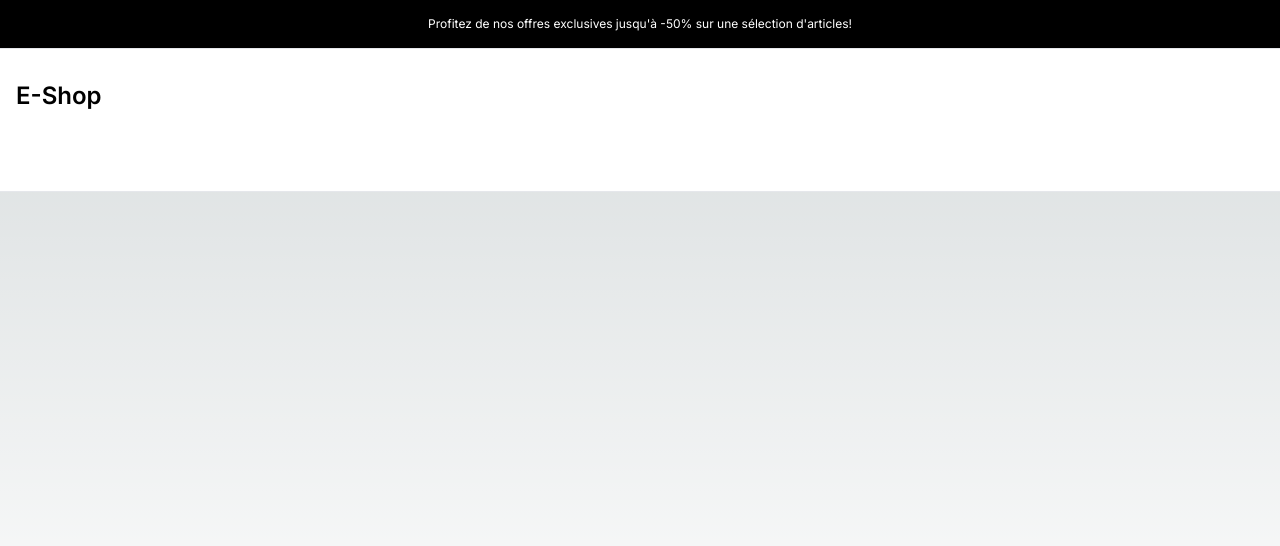
Repository: SDlevelUp/e-shop
Page: /
An editor plug-in stored every save of this project. The page is shown before and after a run of saves, followed by the edit.
The browser window is 1280 px wide. The pictures show the whole page.
The project was rebuilt for these pictures with package versions that can differ from the ones it lists, and the page was loaded fresh each time. The framework's server and built-in components were replaced by stand-ins that run in the browser. Also part of the build but not shown: next.config.js.

Above is the page before, as saved 2023-08-29 09:15:42.

After the next 2 saves:
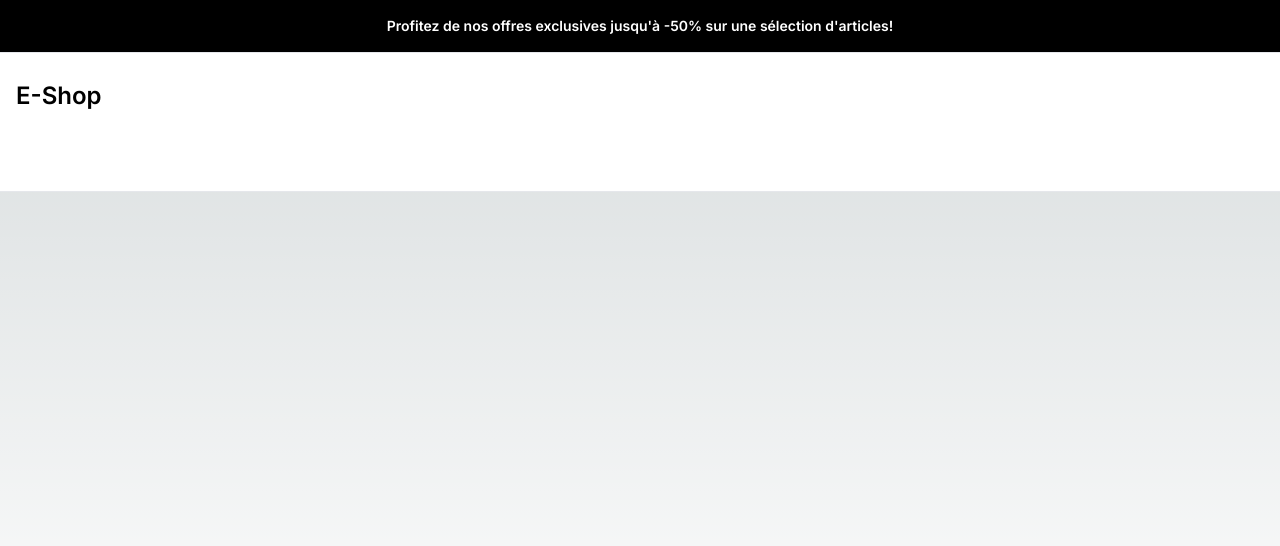
The 2 saves are shown as one change because they came seconds apart.
The last was saved 14 s later.
--- a/src/components/Navbar/Navbar.jsx
+++ b/src/components/Navbar/Navbar.jsx
@@ -7,7 +7,7 @@ export default function Navbar() {
                 <header className="bg-black z-50 w-full top-0 left-0 border-b border-gray-200 fixed">
                     <div className="max-w-screen-xl flex flex-wrap items-center justify-center mx-auto p-4">
                         <div className="flex items-center cursor-pointer">
-                            <span className="text-white text-sm sm:text-xs">
+                            <span className="text-white text-sm font-semibold whitespace-nowrap">
                                 Profitez de nos offres exclusives jusqu'à -50% sur une sélection d'articles!
                             </span>
                         </div>
